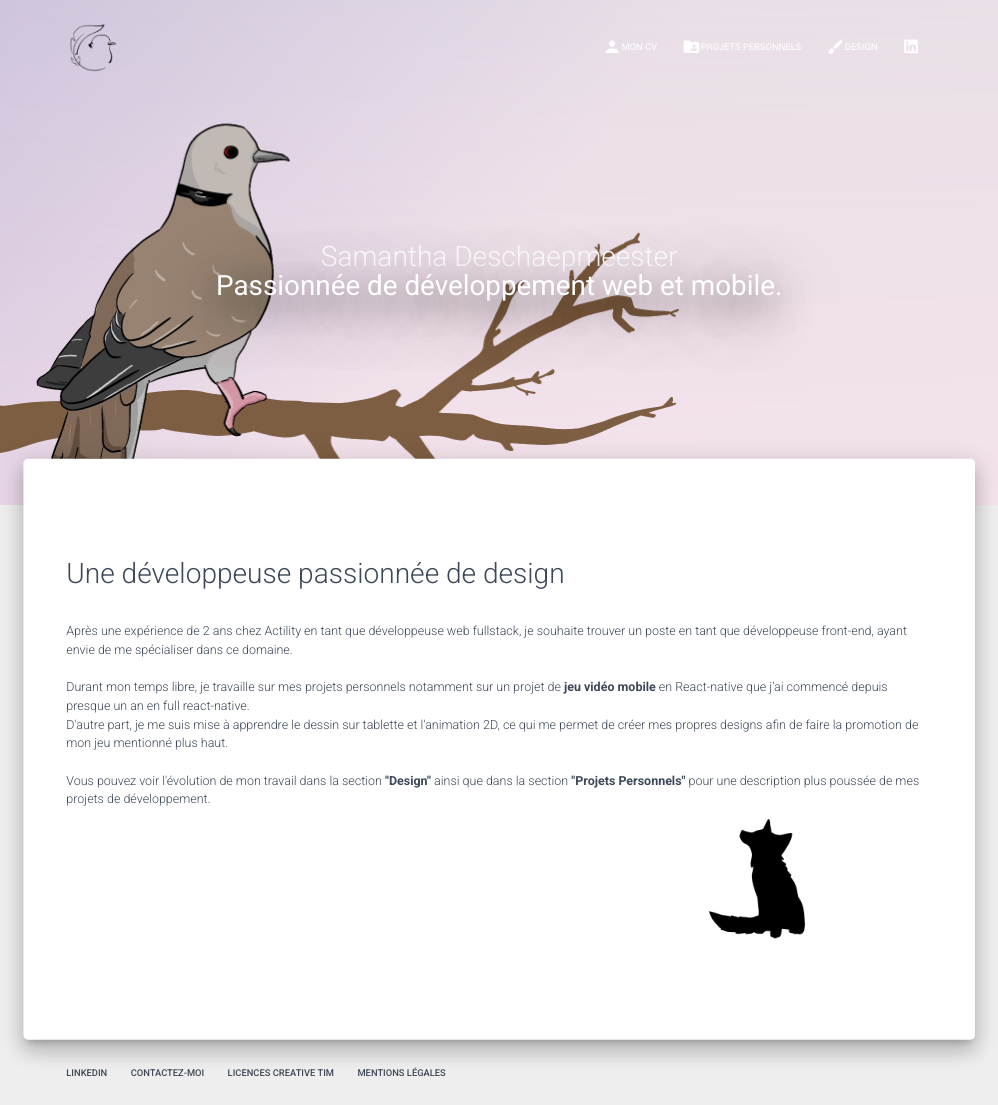
Repository: sdeschaepmeester/NewPortfolio
Page: /
These files come from the project's save history. The page is drawn as it stood at one moment and after the next save; the edit follows.
The browser window is 1280 px wide. The pictures show the whole page, at 78% of full size.
Some web libraries are served in a nearby version. The project was rebuilt for these pictures with package versions that can differ from the ones it lists, and the page was loaded fresh each time. Also part of the build but not shown: vue.config.js, src/views/components/NavigationSection.vue, src/views/components/SmallNavigationSection.vue, src/components/Dropdown.vue, src/components/Pagination.vue, src/components/Slider.vue, src/components/Badge.vue, src/components/cards/NavTabsCard.vue and 12 more.

Above is the page before, as saved 2022-07-12 21:16:23.

After the next save:
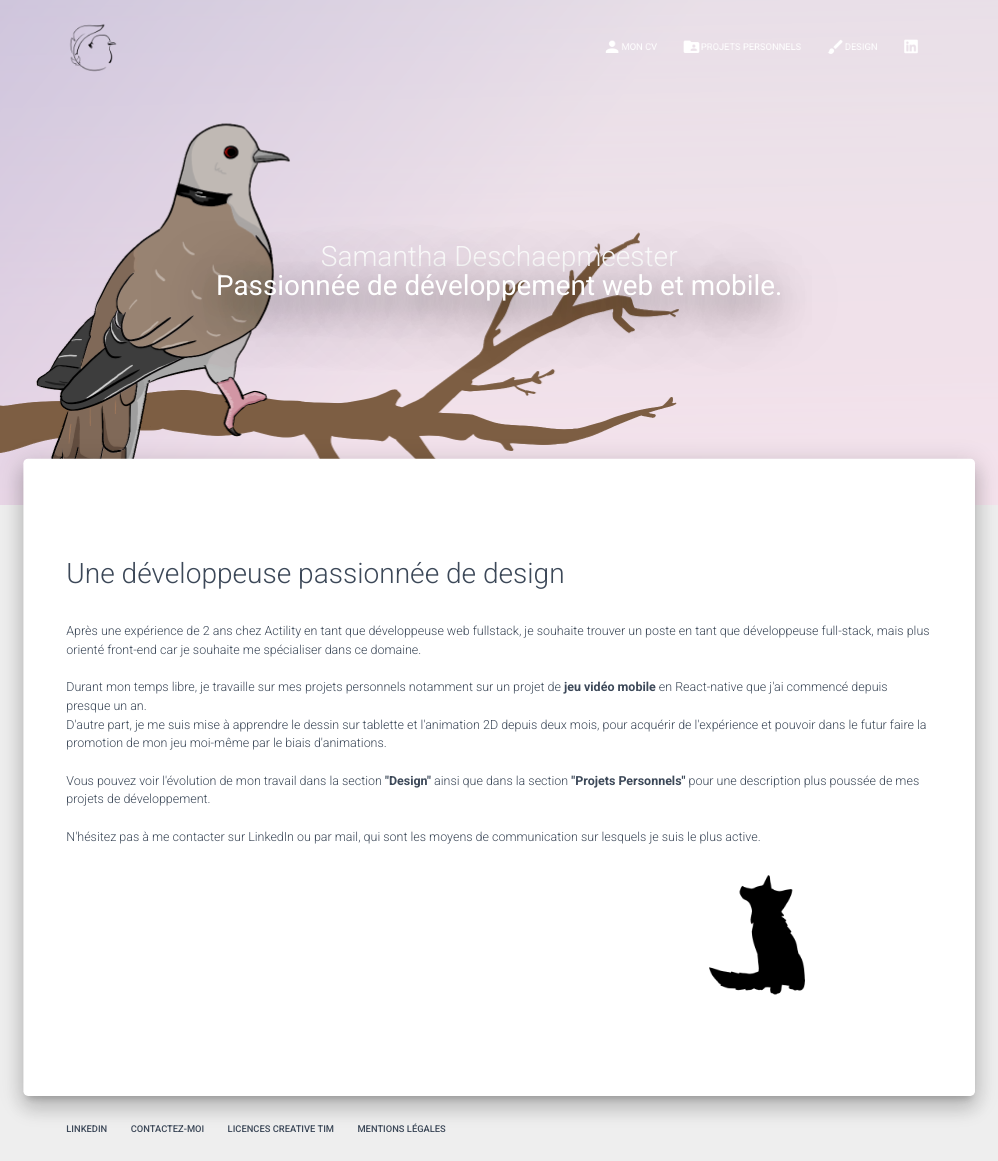
Saved 14 h 12 min later.
--- a/src/views/components/APropos.vue
+++ b/src/views/components/APropos.vue
@@ -1,16 +1,18 @@
 <template>
   <div class="wrapper">
-    Après une expérience de 2 ans chez Actility en tant que développeuse web fullstack, je souhaite trouver un poste en tant que développeuse front-end,
-    ayant envie de me spécialiser dans ce domaine.
+    Après une expérience de 2 ans chez Actility en tant que développeuse web fullstack, je souhaite trouver un poste en tant que développeuse full-stack,
+    mais plus orienté front-end car je souhaite me spécialiser dans ce domaine.
     <br/><br/>
     Durant mon temps libre, je travaille sur mes projets personnels notamment sur un projet de <span style="font-weight:bold">jeu vidéo mobile</span> en React-native que j'ai
-    commencé depuis presque un an en full react-native.
+    commencé depuis presque un an.
     <br/>
-    D'autre part, je me suis mise à apprendre le dessin sur tablette et l'animation 2D, ce qui me permet de créer mes propres designs afin de faire la promotion
-     de mon jeu mentionné plus haut.
+    D'autre part, je me suis mise à apprendre le dessin sur tablette et l'animation 2D depuis deux mois, pour acquérir de l'expérience et pouvoir dans le futur
+    faire la promotion de mon jeu moi-même par le biais d'animations.
     <br/><br/>
     Vous pouvez voir l'évolution de mon travail dans la section <span style="font-weight:bold">"Design"</span> ainsi que dans la section <span style="font-weight:bold">"Projets Personnels"</span> pour
     une description plus poussée de mes projets de développement.
+    <br/><br/>
+    N'hésitez pas à me contacter sur LinkedIn ou par mail, qui sont les moyens de communication sur lesquels je suis le plus active.
     <img src="../../assets/img/fox-silhouette.png" style="height: 250px; display:block; float:right" />
   </div>
 </template>
